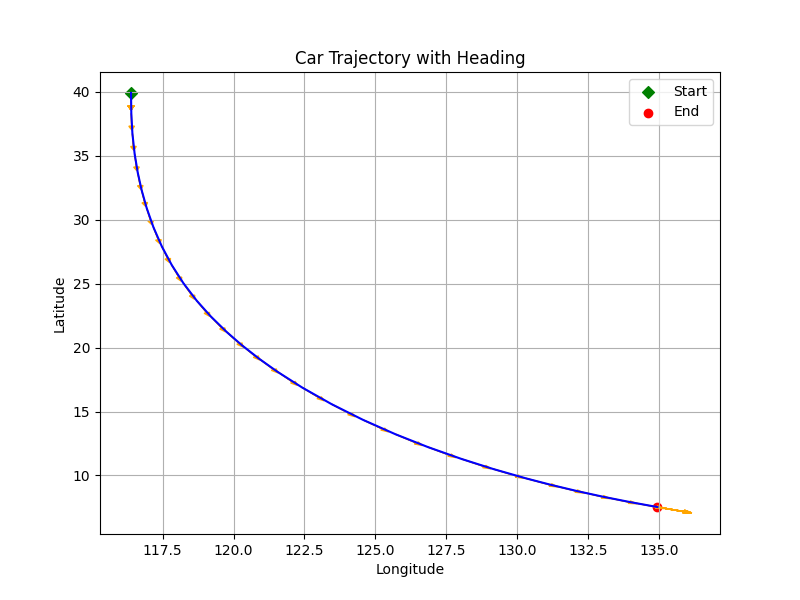
Repository: ct5ctl/ExperimentPlatform
Script's output: python 代码/log_visual.py
These files come from the project's save history. The script's output is drawn as it stood at one moment and after the next save; the edit follows.
Random numbers start from a fixed seed.

Above is the script's output before, as saved 2023-12-13 14:22:20.

### 代码/log_visual.py
import re
import matplotlib.pyplot as plt
import numpy as np

# 读取文件
file_path = 'log_20231212_1007.txt'
data = []
with open(file_path, 'r') as file:
    lines = file.readlines()
    for line in lines:
        nums = re.findall(r"[-+]?\d+\.\d+|[-+]?\d+", line)
        pos = [float(nums[i]) for i in range(3)]
        theta = float(nums[3])
        data.append({'pos': pos, 'theta': theta})

# 提取位置和朝向数据
positions = [d['pos'] for d in data]
thetas = [d['theta'] for d in data]

print('positions: ', positions)
print('thetas: ', thetas)

# 绘制轨迹图
plt.figure(figsize=(8, 6))
x = [pos[0] for pos in positions]
y = [pos[1] for pos in positions]
plt.plot(x, y, linestyle='-', color='b')
plt.scatter(x[0], y[0], marker='D', color='g', label='Start')
plt.scatter(x[-1], y[-1], marker='o', color='r', label='End')

# 添加航向箭头
for i in range(len(positions)):
    pos = positions[i]
    theta = thetas[i]
    dx = np.cos(np.deg2rad(theta))  # 计算箭头的x方向增量
    dy = np.sin(np.deg2rad(theta))  # 计算箭头的y方向增量
    plt.arrow(pos[0], pos[1], dx, dy, head_width=0.2, head_length=0.3, fc='orange', ec='orange')

plt.xlabel('Longitude')
plt.ylabel('Latitude')
plt.title('Car Trajectory with Heading')
plt.legend()
plt.grid(True)
plt.show()

### log_20231212_1007.txt
pos_current: [116.38553266, 39.90440998, 0], theta_current: 270.0, speed: 0.00, wheel_angle: 0.8999999999999986, steering_wheel_angle: 9
pos_current: [116.38553266, 39.90440998, 0], theta_current: 270.0, speed: 0.00, wheel_angle: 0.8999999999999986, steering_wheel_angle: 9
pos_current: [116.38553266, 39.90440998, 0], theta_current: 270.0, speed: 0.00, wheel_angle: 0.8999999999999986, steering_wheel_angle: 9
pos_current: [116.38553266, 39.90440998, 0], theta_current: 270.0, speed: 0.00, wheel_angle: 0.8999999999999986, steering_wheel_angle: 9
pos_current: [116.38553266, 39.90440998, 0], theta_current: 270.0, speed: 0.00, wheel_angle: 0.8999999999999986, steering_wheel_angle: 9
pos_current: [116.38553266, 39.90440998, 0], theta_current: 270.0, speed: 0.00, wheel_angle: 0.8999999999999986, steering_wheel_angle: 9
pos_current: [116.38553266, 39.90440998, 0], theta_current: 270.0, speed: 0.00, wheel_angle: 0.8999999999999986, steering_wheel_angle: 9
pos_current: [116.38553266, 39.90440998, 0], theta_current: 270.0, speed: 0.00, wheel_angle: 0.8999999999999986, steering_wheel_angle: 9
pos_current: [116.38553266, 39.90440998, 0], theta_current: 270.0, speed: 0.00, wheel_angle: 0.8999999999999986, steering_wheel_angle: 9
pos_current: [116.38553266, 39.90440998, 0], theta_current: 270.0, speed: 0.00, wheel_angle: 0.8999999999999986, steering_wheel_angle: 9
pos_current: [116.38553266, 39.90440998, 0], theta_current: 270.0, speed: 0.00, wheel_angle: 0.8999999999999986, steering_wheel_angle: 9
pos_current: [116.38553266, 39.90440998, 0], theta_current: 270.0, speed: 0.00, wheel_angle: 0.8999999999999986, steering_wheel_angle: 9
pos_current: [116.38553266, 39.90440998, 0], theta_current: 270.0, speed: 0.00, wheel_angle: 0.8999999999999986, steering_wheel_angle: 9
pos_current: [116.38553266, 39.90440998, 0], theta_current: 270.0, speed: 0.00, wheel_angle: 1.5, steering_wheel_angle: 15
pos_current: [116.38553266, 39.90440998, 0], theta_current: 270.0, speed: 0.00, wheel_angle: 1.7000000000000028, steering_wheel_angle: 17
pos_current: [116.38553266, 39.90440998, 0], theta_current: 270.0, speed: 0.00, wheel_angle: 1.7000000000000028, steering_wheel_angle: 17
pos_current: [116.38553266, 39.90440998, 0], theta_current: 270.0, speed: 0.00, wheel_angle: 1.5, steering_wheel_angle: 15
pos_current: [116.38553266, 39.90440998, 0], theta_current: 270.0, speed: 0.00, wheel_angle: 1.5, steering_wheel_angle: 15
pos_current: [116.38553266, 39.90440998, 0], theta_current: 270.0, speed: 0.00, wheel_angle: 1.5, steering_wheel_angle: 15
pos_current: [116.38553266, 39.90440998, 0], theta_current: 270.0, speed: 0.00, wheel_angle: 1.2999999999999972, steering_wheel_angle: 13
pos_current: [116.38553266, 39.90440998, 0], theta_current: 270.0, speed: 0.00, wheel_angle: 1.2999999999999972, steering_wheel_angle: 13
pos_current: [116.38553269551974, 39.90140998000033, 0], theta_current: 270.0013567545677, speed: 0.03, wheel_angle: 1.2999999999999972, steering_wheel_angle: 13
pos_current: [116.39552258116939, 38.31345179871419, 0], theta_current: 270.7195321724357, speed: 15.88, wheel_angle: 1.2999999999999972, steering_wheel_angle: 13
pos_current: [116.43460824191715, 36.72597137471154, 0], theta_current: 272.1012787324539, speed: 15.88, wheel_angle: 2.5, steering_wheel_angle: 25
pos_current: [116.51500343316039, 35.116024414171775, 0], theta_current: 273.61627859307714, speed: 16.12, wheel_angle: 2.700000000000003, steering_wheel_angle: 27
pos_current: [116.62470345616318, 33.65818098306382, 0], theta_current: 274.9903045212602, speed: 14.62, wheel_angle: 2.700000000000003, steering_wheel_angle: 27
pos_current: [116.758101266274, 32.32487318538601, 0], theta_current: 276.4365856302595, speed: 13.40, wheel_angle: 3.1000000000000014, steering_wheel_angle: 31
pos_current: [116.9387039463506, 30.90233832960329, 0], theta_current: 278.0343516180883, speed: 14.34, wheel_angle: 3.200000000000003, steering_wheel_angle: 32
pos_current: [117.17665729869624, 29.40622038575016, 0], theta_current: 280.03972759605176, speed: 15.15, wheel_angle: 3.799999999999997, steering_wheel_angle: 38
pos_current: [117.46956352964068, 27.919901263448427, 0], theta_current: 282.25691773179256, speed: 15.15, wheel_angle: 4.200000000000003, steering_wheel_angle: 42
pos_current: [117.82281527565718, 26.45090035969178, 0], theta_current: 284.78554918164605, speed: 15.11, wheel_angle: 4.799999999999997, steering_wheel_angle: 48
pos_current: [118.23629263983698, 25.02164491037974, 0], theta_current: 287.4843021297413, speed: 14.88, wheel_angle: 5.200000000000003, steering_wheel_angle: 52
pos_current: [118.70592752385987, 23.657383487546113, 0], theta_current: 290.5068370780539, speed: 14.43, wheel_angle: 6.0, steering_wheel_angle: 60
pos_current: [119.20533353042913, 22.41838767882126, 0], theta_current: 293.3992485020742, speed: 13.36, wheel_angle: 6.200000000000003, steering_wheel_angle: 62
pos_current: [119.76563309004776, 21.20570238959783, 0], theta_current: 296.1976592373103, speed: 13.36, wheel_angle: 6.0, steering_wheel_angle: 60
pos_current: [120.30396348486559, 20.168131471964568, 0], theta_current: 298.64626863064177, speed: 11.69, wheel_angle: 6.0, steering_wheel_angle: 60
pos_current: [120.90008653660232, 19.131393587703894, 0], theta_current: 301.1514327319459, speed: 11.96, wheel_angle: 6.0, steering_wheel_angle: 60
pos_current: [121.54095508927001, 18.121702728245015, 0], theta_current: 303.65659683325, speed: 11.96, wheel_angle: 6.0, steering_wheel_angle: 60
pos_current: [122.42106888340929, 16.87654313910644, 0], theta_current: 306.8508905242941, speed: 15.25, wheel_angle: 6.0, steering_wheel_angle: 60
pos_current: [123.4563106556654, 15.579227110630535, 0], theta_current: 310.32795775520117, speed: 16.60, wheel_angle: 6.0, steering_wheel_angle: 60
pos_current: [124.57040440192513, 14.344920665552788, 0], theta_current: 313.8113088425496, speed: 16.63, wheel_angle: 6.0, steering_wheel_angle: 60
pos_current: [125.71192137243425, 13.22268701651442, 0], theta_current: 317.16479356344246, speed: 16.01, wheel_angle: 6.0, steering_wheel_angle: 60
pos_current: [126.84929907667177, 12.225211510410105, 0], theta_current: 320.33395182872096, speed: 15.13, wheel_angle: 6.0, steering_wheel_angle: 60
pos_current: [128.04008183461877, 11.292140317654258, 0], theta_current: 323.50311009399945, speed: 15.13, wheel_angle: 6.0, steering_wheel_angle: 60
pos_current: [129.15986506198232, 10.50481498789368, 0], theta_current: 326.27439134059114, speed: 13.69, wheel_angle: 5.799999999999997, steering_wheel_angle: 58
pos_current: [130.31640519070444, 9.772550976882153, 0], theta_current: 329.04567258718293, speed: 13.69, wheel_angle: 5.799999999999997, steering_wheel_angle: 58
pos_current: [131.20915375090775, 9.258952948220683, 0], theta_current: 331.13071253166027, speed: 10.30, wheel_angle: 5.799999999999997, steering_wheel_angle: 58
pos_current: [132.11999737120135, 8.77817563369715, 0], theta_current: 333.2157524761376, speed: 10.30, wheel_angle: 5.799999999999997, steering_wheel_angle: 58
pos_current: [133.04772996250162, 8.330855652219336, 0], theta_current: 335.3007924206149, speed: 10.30, wheel_angle: 5.799999999999997, steering_wheel_angle: 58
pos_current: [133.9908654482423, 7.916988079726248, 0], theta_current: 337.3134662671953, speed: 10.30, wheel_angle: 5.600000000000001, steering_wheel_angle: 56
pos_current: [134.94676659049313, 7.533478560180261, 0], theta_current: 338.9650162607553, speed: 10.30, wheel_angle: 4.600000000000001, steering_wheel_angle: 46
pos_current: [134.94676659049313, 7.533478560180261, 0], theta_current: 338.9650162607553, speed: 0.00, wheel_angle: 4.0, steering_wheel_angle: 40
pos_current: [134.94676659049313, 7.533478560180261, 0], theta_current: 338.9650162607553, speed: 0.00, wheel_angle: 4.0, steering_wheel_angle: 40
pos_current: [134.94676659049313, 7.533478560180261, 0], theta_current: 338.9650162607553, speed: 0.00, wheel_angle: 4.0, steering_wheel_angle: 40
pos_current: [134.94676659049313, 7.533478560180261, 0], theta_current: 338.9650162607553, speed: 0.00, wheel_angle: 4.0, steering_wheel_angle: 40
pos_current: [134.94676659049313, 7.533478560180261, 0], theta_current: 338.9650162607553, speed: 0.00, wheel_angle: 4.0, steering_wheel_angle: 40
pos_current: [134.94676659049313, 7.533478560180261, 0], theta_current: 338.9650162607553, speed: 0.00, wheel_angle: 4.0, steering_wheel_angle: 40
pos_current: [134.94676659049313, 7.533478560180261, 0], theta_current: 338.9650162607553, speed: 0.00, wheel_angle: 4.0, steering_wheel_angle: 40

Loaded but not shown: log_20231214_0929.txt (206 lines, source omitted)

After the next save:
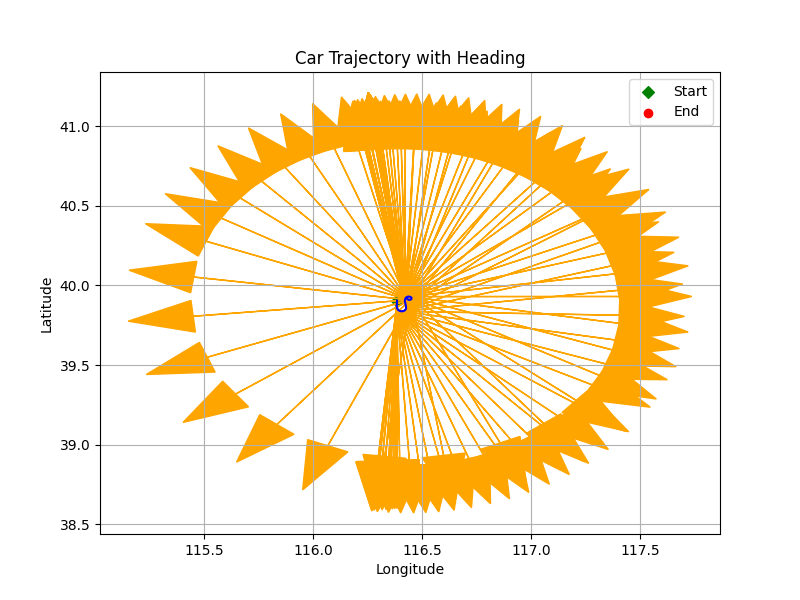
Saved 19 h 8 min later.
--- a/代码/log_visual.py
+++ b/代码/log_visual.py
@@ -3,7 +3,7 @@ import matplotlib.pyplot as plt
 import numpy as np
 
 # 读取文件
-file_path = 'log_20231212_1007.txt'
+file_path = 'log_20231214_0929.txt'
 data = []
 with open(file_path, 'r') as file:
     lines = file.readlines()
